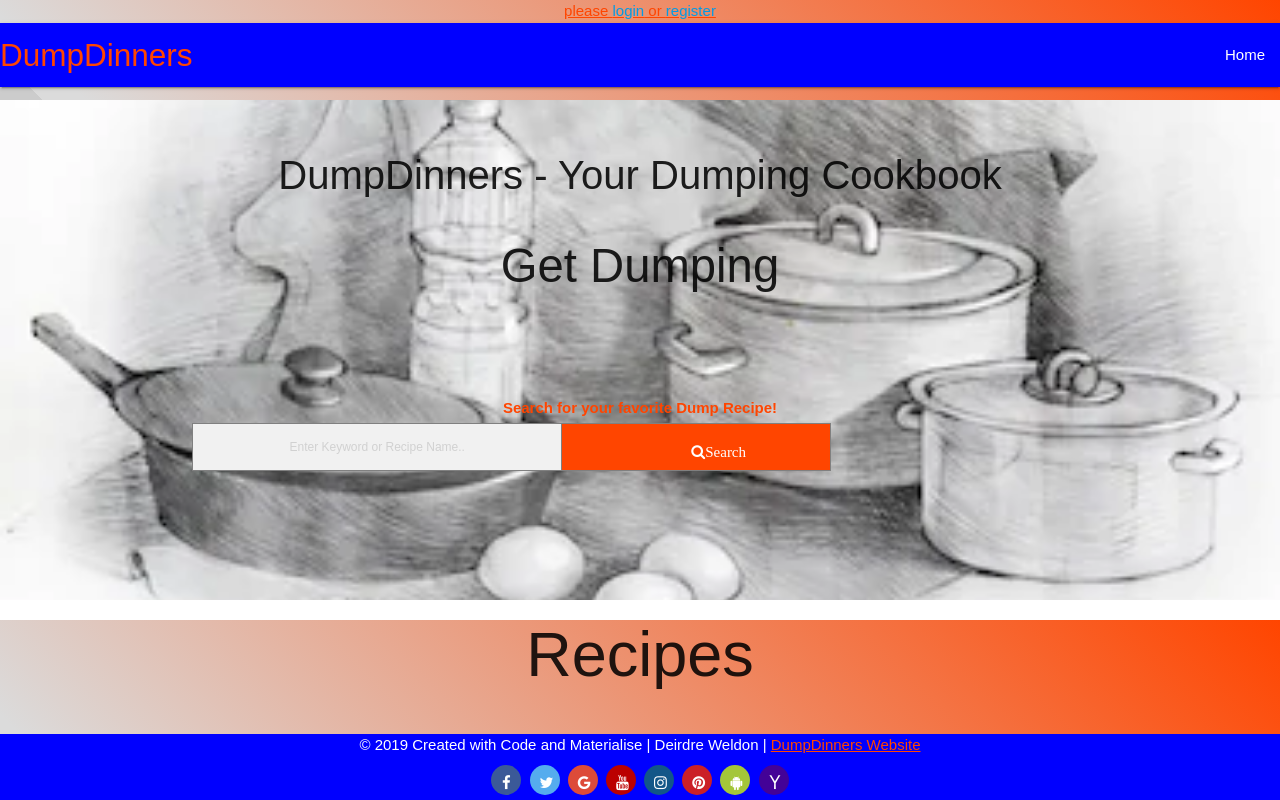
Repository: Deirdre18/dumpdinners-recipe-app
Page: http://localhost/
The author's editor kept a record of every edit. The page is drawn from the files as they stood at one moment, then again after the next edit.
The browser window is 1280 px wide. The pictures show the whole page.
Some web libraries are served in a nearby version. The page is served by the project's application, run on Flask 3 (app.py). Queries for data that is not in the repository find no rows.

Above is the page before.

After the next edit:
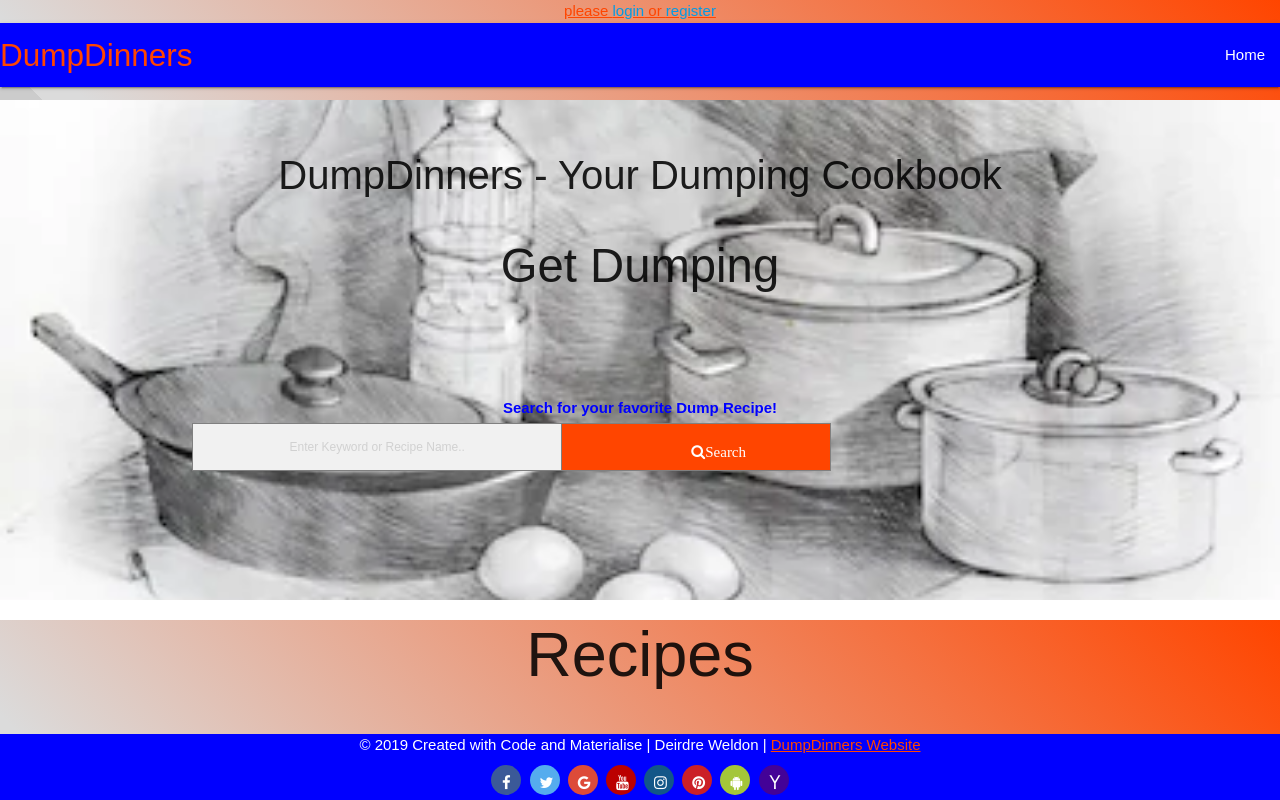
The edit:
--- a/templates/base.html
+++ b/templates/base.html
@@ -154,7 +154,7 @@
 
                 <div class="search-container">
 
-                    <h6 class="lead-search" style="color:orangered; text-align:center"><strong>Search for your favorite Dump Recipe!</strong></h6>
+                    <h6 class="lead-search" style="color:blue; text-align:center"><strong>Search for your favorite Dump Recipe!</strong></h6>
                     <form class="example" action="{{ url_for('search') }}">
                         <input type="text" placeholder="Enter Keyword or Recipe Name.." required name="query" style="margin-top:0; width:40%; height:3em !important; text-align:center; color:black">
                         <div id="search">
